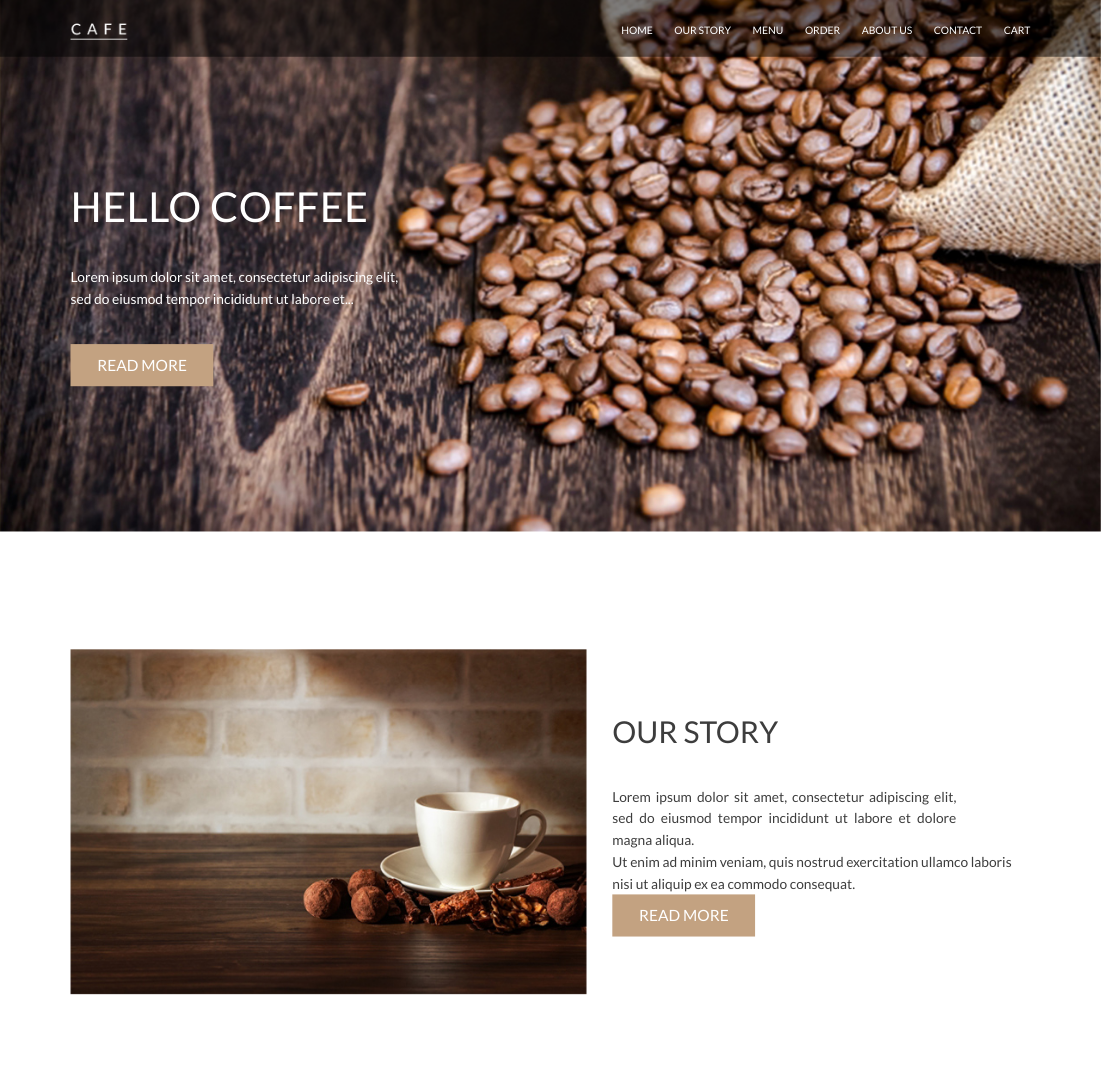
Repository: kuluong2000/coffe
Page: index.html
An editor plug-in stored every save of this project. The page is shown before and after the next save, followed by the edit.
The browser window is 1280 px wide. The pictures show the whole page, at 86% of full size.

Above is the page before, as saved 2021-10-04 21:17:37.

After the next save:
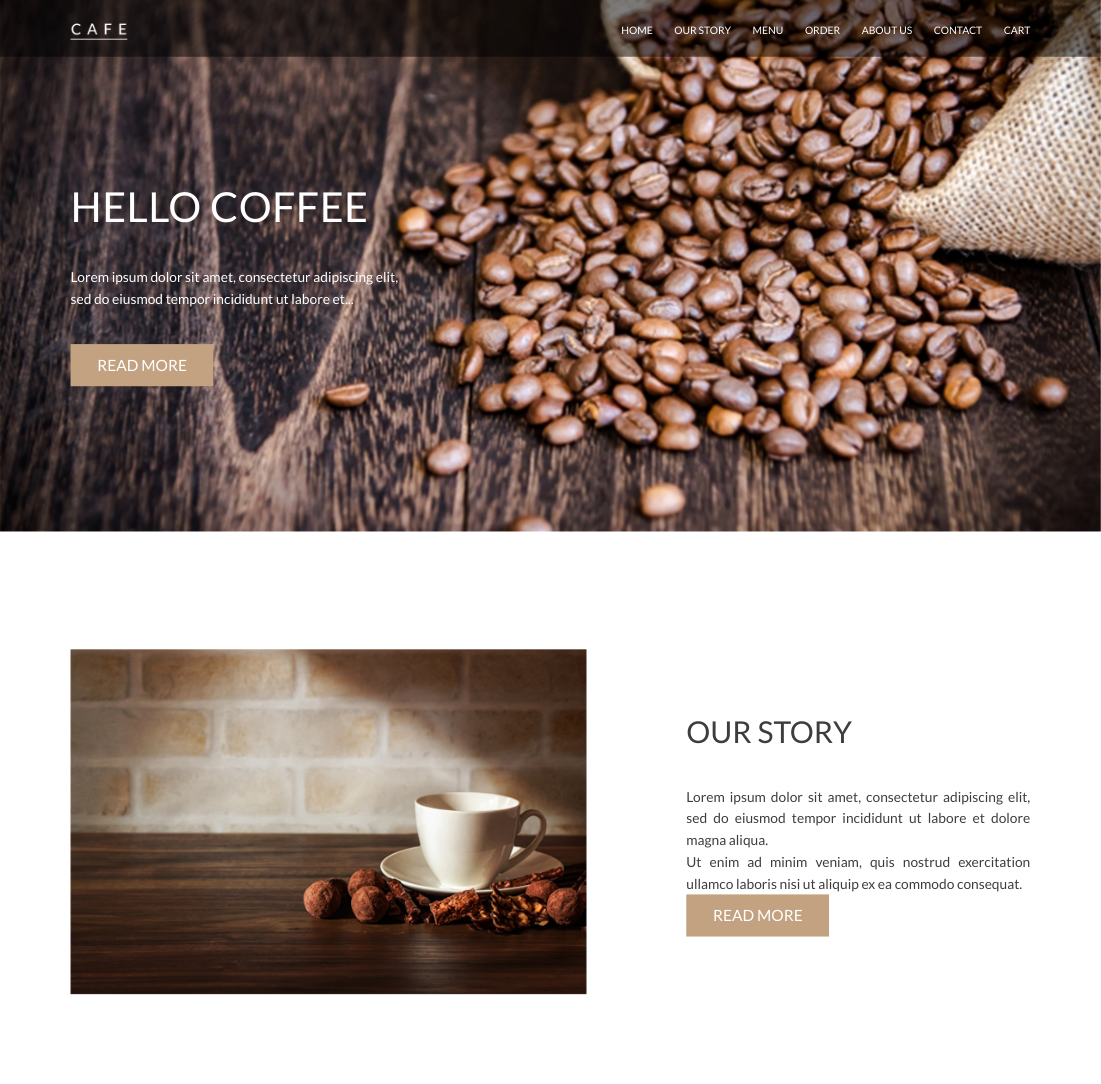
Saved 30 s later.
--- a/index.html
+++ b/index.html
@@ -65,7 +65,7 @@
               <div class="story-info">
                 <div class="story-title">Our Story</div>
                 <p class="story-desc">Lorem ipsum dolor sit amet, consectetur adipiscing elit, sed do eiusmod tempor incididunt ut labore et dolore magna aliqua.</p>
-                <p>Ut enim ad minim veniam, quis nostrud exercitation ullamco laboris nisi ut aliquip ex ea commodo consequat.</p>
+                <p class="story-desc">Ut enim ad minim veniam, quis nostrud exercitation ullamco laboris nisi ut aliquip ex ea commodo consequat.</p>
                 <a href="#" class="btn">Read More</a>
               </div>
             </div>
